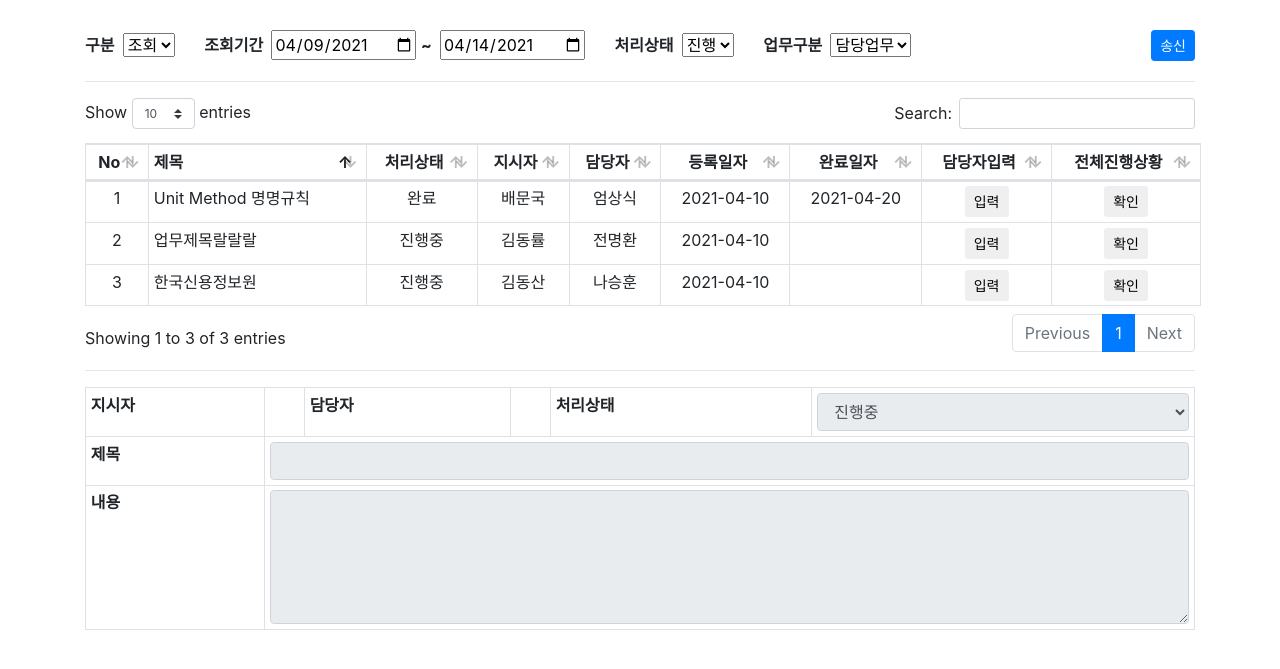
Repository: jungtaeyong/FSB_Project
Page: http://localhost/FsbJobMgt/main.jsp
The author's editor kept a copy of each file at every save. The page is drawn from the files as they stood at one save, then again after the next save.
The browser window is 1280 px wide. The pictures show the whole page.
The page is served by Tomcat 9.

Above is the page before, as saved 2021-04-15 08:50:59.

After the next save:
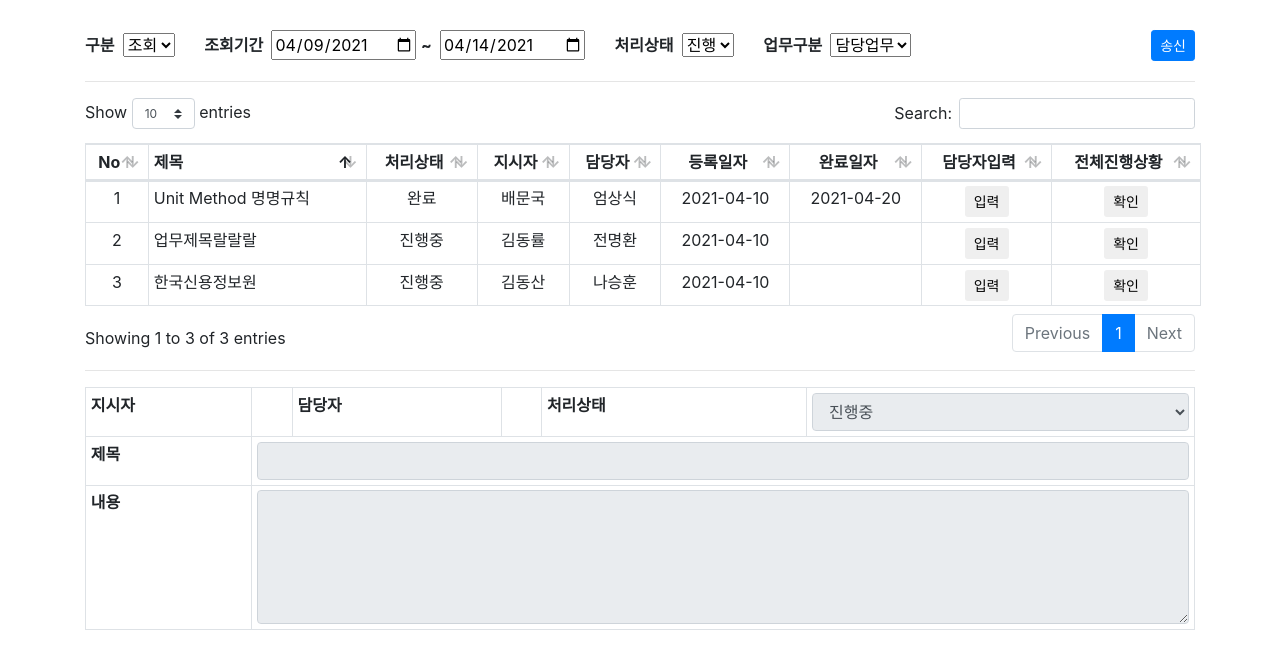
Saved 79 s later.
--- a/FsbJobMgt/WebContent/main.jsp
+++ b/FsbJobMgt/WebContent/main.jsp
@@ -263,7 +263,7 @@ function updateJob(){
 	<div>
 		<table class="table table-sm table-bordered display">
 			<tr>
-				<th>지시자</th>
+				<th width="15%">지시자</th>
 				<td id="BZWR_INDC_CHGR"></td>
 				<th>담당자</th>
 				<td>
